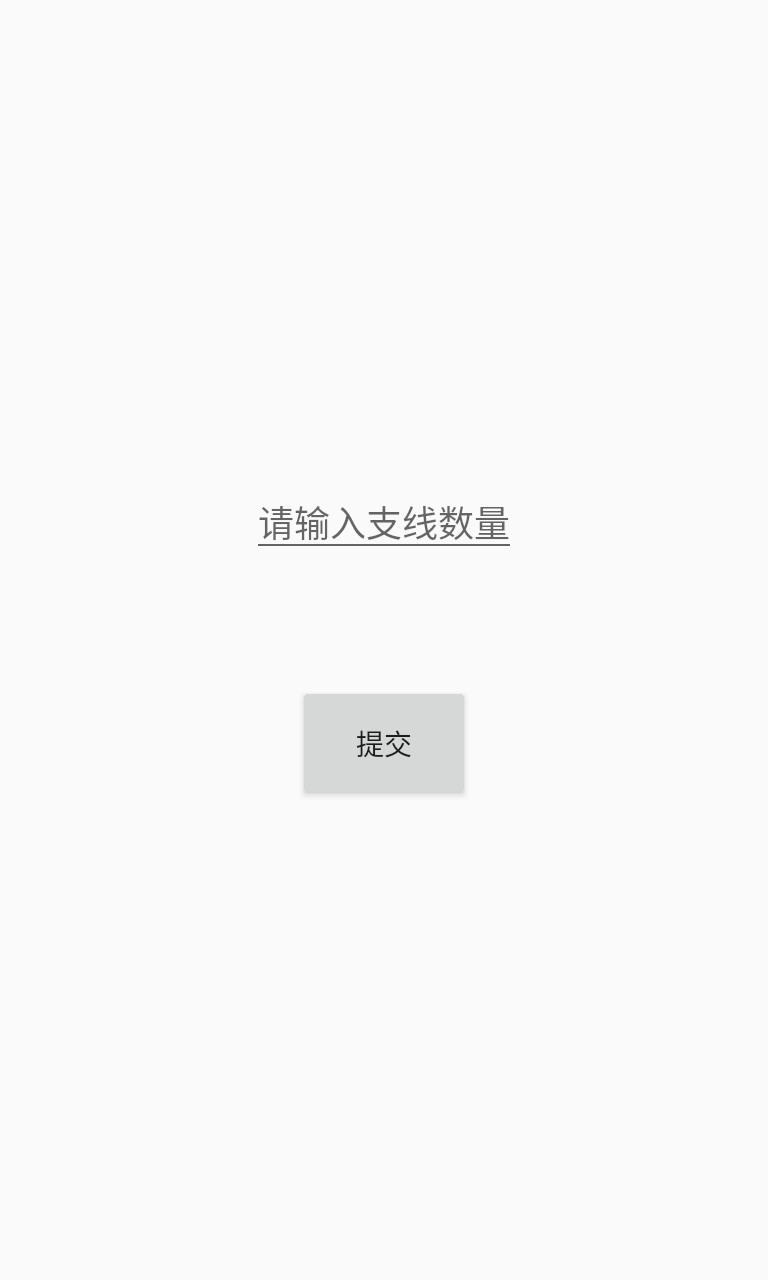
Repository: hohoTT/fireWork_handle_app
Layout: fireWork_handle_app/res/layout/water_power_fire_building.xml
The author's editor kept a copy of each file at every save. The layout is drawn from the files as they stood at one save, then again after the next save.
It is drawn on a 768 x 1280 px phone screen (xhdpi) without system bars, with theme AppTheme; the app's code is not run.

Above is the layout before, as saved 2016-03-04 08:26:55.

After the next save:
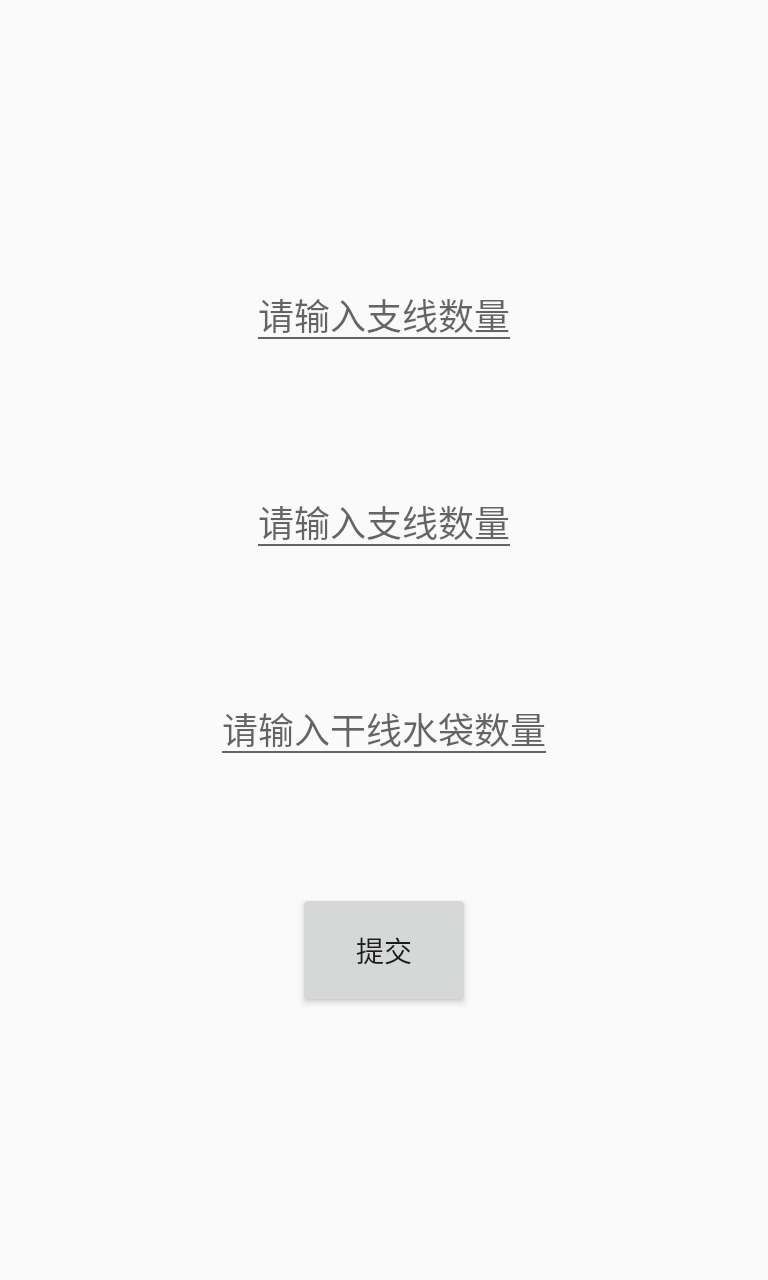
Saved 2 s later.
--- a/fireWork_handle_app/res/layout/water_power_fire_building.xml
+++ b/fireWork_handle_app/res/layout/water_power_fire_building.xml
@@ -13,6 +13,22 @@
 	    android:layout_margin="30dp"
         android:hint="@string/water_power_fire_building_count_feeder" />
 
+    <EditText
+        android:id="@+id/water_power_fire_building_count_groundline"
+        android:layout_width="wrap_content"
+        android:layout_height="wrap_content"
+        android:layout_gravity="center_horizontal"
+	    android:layout_margin="30dp"
+        android:hint="@string/water_power_fire_building_count_feeder" />
+
+    <EditText
+        android:id="@+id/water_power_fire_building_count_band"
+        android:layout_width="wrap_content"
+        android:layout_height="wrap_content"
+        android:layout_gravity="center_horizontal"
+	    android:layout_margin="30dp"
+        android:hint="@string/water_power_fire_building_count_band" />
+
     <Button
         android:id="@+id/btu_normal_fire_send"
         android:layout_width="wrap_content"
